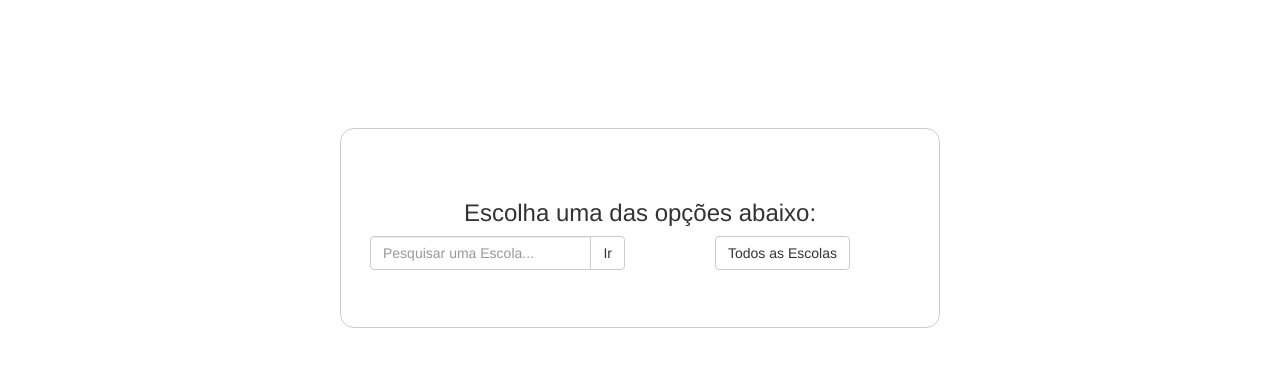
Repository: ipti/br.tag.webservice
Page: http://localhost/Restful-API-TAG/schools.jsp
The author's editor kept a copy of each file at every save. The page is drawn from the files as they stood at one save, then again after the next save.
The browser window is 1280 px wide. The pictures show the whole page.
The page is served by Tomcat 9. Other server files are loaded and not shown.

Above is the page before, as saved 2016-04-27 13:59:46.

### Restful-API-TAG/WebContent/schools.jsp
<%@ page language="java" contentType="text/html; charset=ISO-8859-1"
    pageEncoding="ISO-8859-1"%>
<!DOCTYPE html PUBLIC "-//W3C//DTD HTML 4.01 Transitional//EN" "http://www.w3.org/TR/html4/loose.dtd">
<html>
<head>
<link rel="stylesheet" href="css/styles.css">
<link href="css/bootstrap.min.css" rel="stylesheet">
<meta http-equiv="Content-Type" content="text/html; charset=ISO-8859-1">
<title>API TAG - Escolas</title>
</head>
<body>
	<div id="schoolDiv">
		<h3 id="titleSchool">Escolha uma das opções abaixo:</h3>

		<div class="btn-group-md text-center" role="group" aria-label="...">
			<a type="submit" class="btn btn-default"
				href="${pageContext.request.contextPath}/api/TagService/getSchool">Todos as Escolas</a>

			<div class="col-lg-6">
				<div class="input-group">
					<input type="text" class="form-control" placeholder="Pesquisar uma Escola...">
					<span class="input-group-btn">
						<a class="btn btn-default" type="submit" href="${pageContext.request.contextPath}/api/TagService/getSchools/{inep_id}">Ir</a>
					</span>
				</div>
			</div>
		</div>
	</div>
</body>
</html>

### Restful-API-TAG/WebContent/css/styles.css
@CHARSET "ISO-8859-1";

#mainDiv {
    /* Just to center the form on the page */
    margin: 10% auto;
    width: 500px;
    height: 200px;
    /* To see the outline of the form */
    padding: 1em;
    border: 1px solid #CCC;
    border-radius: 1em;
}

#divGroup {
	padding: 7px;
}

#studentDiv, #schoolDiv, #instructorDiv, #classroomDiv {
    /* Just to center the form on the page */
    margin: 10% auto;
    width: 600px;
    height: 200px;
    /* To see the outline of the form */
    padding: 1em;
    border: 1px solid #CCC;
    border-radius: 1em;
}

#titleH3 {
	text-align: center;
	margin-top: 10%;
}

#titleStudent, #titleSchool, #titleInstructor, #titleClassroom {
	text-align: center;
	margin-top: 10%;
}

Loaded but not shown: Restful-API-TAG/WebContent/css/bootstrap.min.css (library)

After the next save:
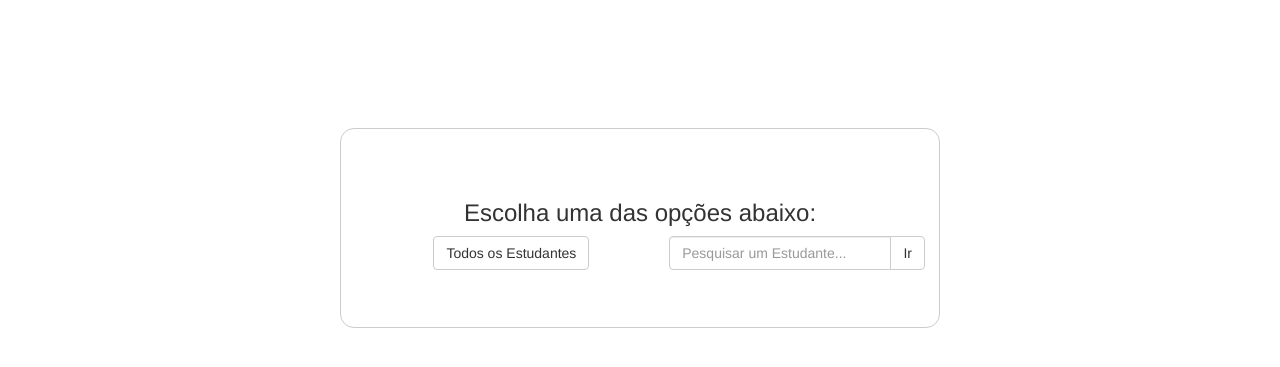
Saved 1 s later.
--- a/Restful-API-TAG/WebContent/schools.jsp
+++ b/Restful-API-TAG/WebContent/schools.jsp
@@ -12,16 +12,18 @@
 	<div id="schoolDiv">
 		<h3 id="titleSchool">Escolha uma das opções abaixo:</h3>
 
-		<div class="btn-group-md text-center" role="group" aria-label="...">
-			<a type="submit" class="btn btn-default"
-				href="${pageContext.request.contextPath}/api/TagService/getSchool">Todos as Escolas</a>
-
-			<div class="col-lg-6">
-				<div class="input-group">
-					<input type="text" class="form-control" placeholder="Pesquisar uma Escola...">
-					<span class="input-group-btn">
-						<a class="btn btn-default" type="submit" href="${pageContext.request.contextPath}/api/TagService/getSchools/{inep_id}">Ir</a>
-					</span>
+		<div style="margin-left: 5%" class="btn-group-md text-center" role="group" aria-label="...">
+			<div class="row">
+				<div class="col-lg-6">
+					<a type="submit" class="btn btn-default" href="${pageContext.request.contextPath}/api/TagService/getStudents">Todos os Estudantes</a>
+				</div>
+				<div class="col-lg-6">
+					<div class="input-group">
+						<input type="text" class="form-control" placeholder="Pesquisar um Estudante...">
+						<span class="input-group-btn">
+							<a class="btn btn-default" type="submit" href="${pageContext.request.contextPath}/api/TagService/getStudents/{inep_id}">Ir</a>
+						</span>
+					</div>
 				</div>
 			</div>
 		</div>
